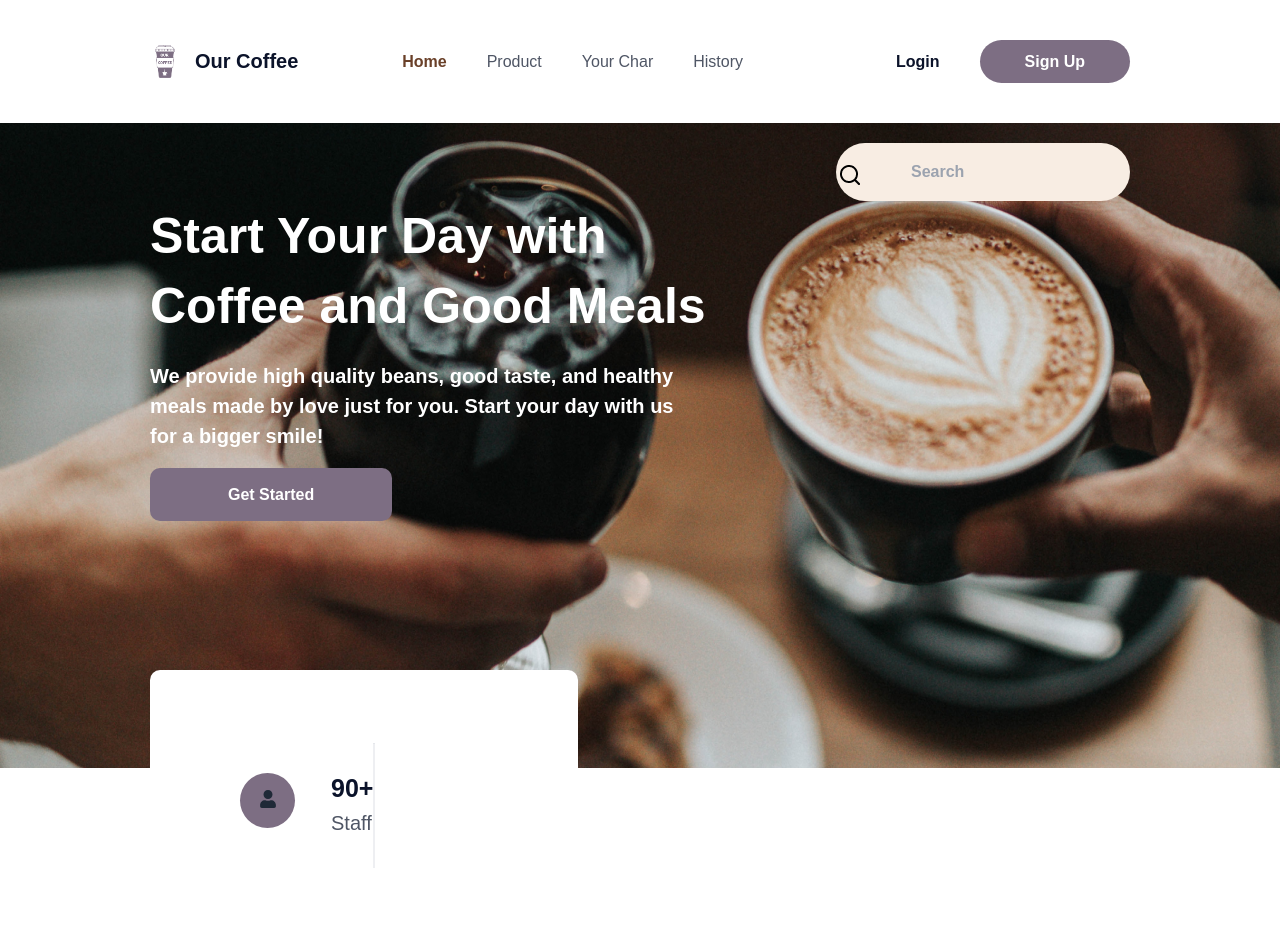
Repository: boykebn/fw12-collab2-FRONTEND
Page: / (app in our/)
An editor plug-in stored every save of this project. The page is shown before and after the next save, followed by the edit.
The browser window is 1280 px wide. The pictures show the whole page.
The project was rebuilt for these pictures with package versions that can differ from the ones it lists, and the page was loaded fresh each time. The framework's server and built-in components were replaced by stand-ins that run in the browser. Also part of the build but not shown: our/next.config.js.

Above is the page before, as saved 2022-12-30 22:09:44.

After the next save:
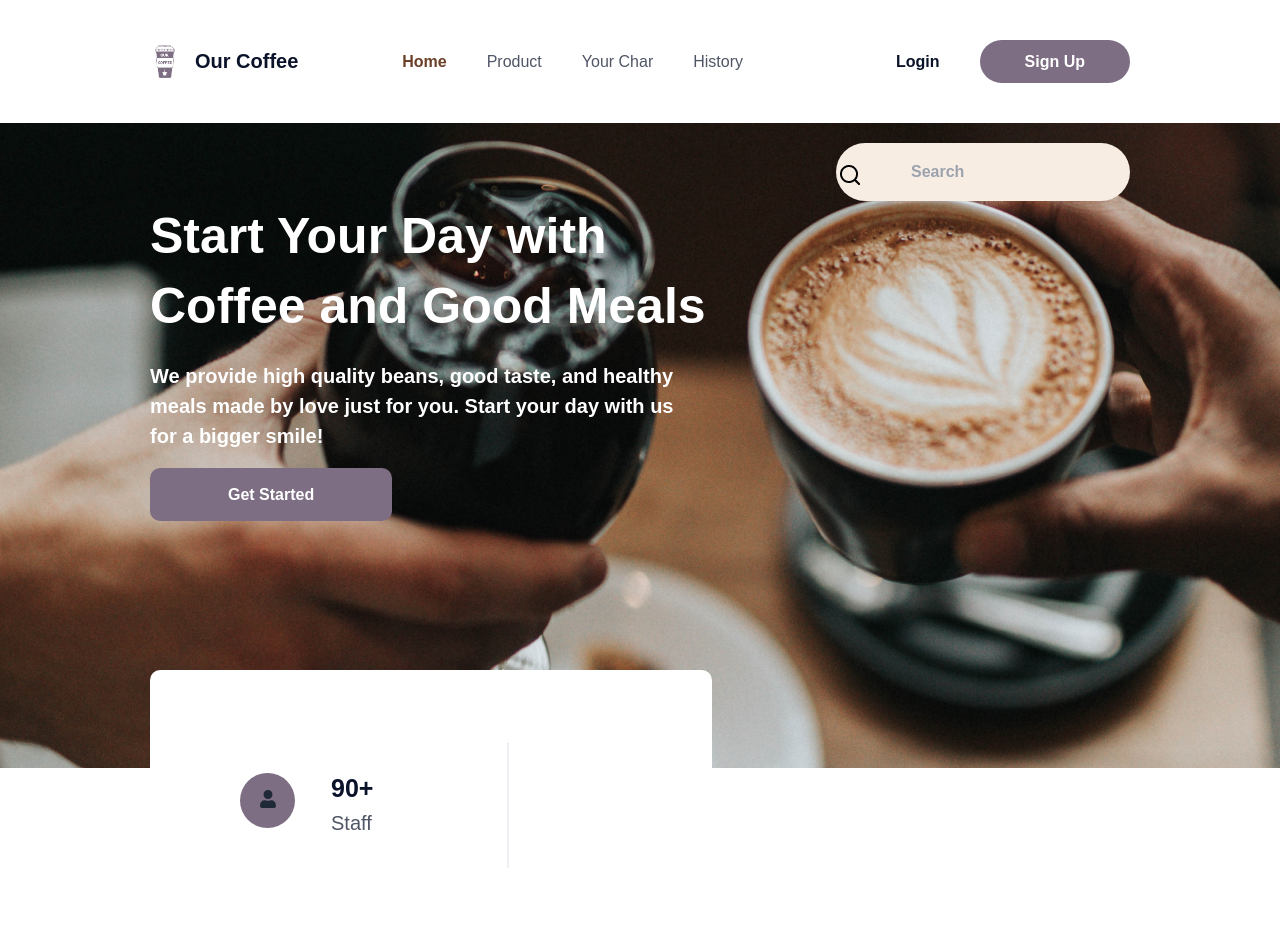
Saved 21 s later.
--- a/our/pages/index.js
+++ b/our/pages/index.js
@@ -49,7 +49,7 @@ export default function Home() {
             <FaUser className="w-[16px] h-[18px] absolute left-[110px] top-[120px]" />
             <div className="border-1 bg-[#7d6e83] w-[55px] h-[55px] rounded-[50%] \"></div>
           </div>
-          <div>
+          <div className="mr-[134px]">
             <p className="text-[#0B132A] text-[25px] font-bold leading-[30px] mb-[5px]">90+</p>
             <p className="text-[#4F5665] text-[20px] leading-[30px]">Staff</p>
           </div>
